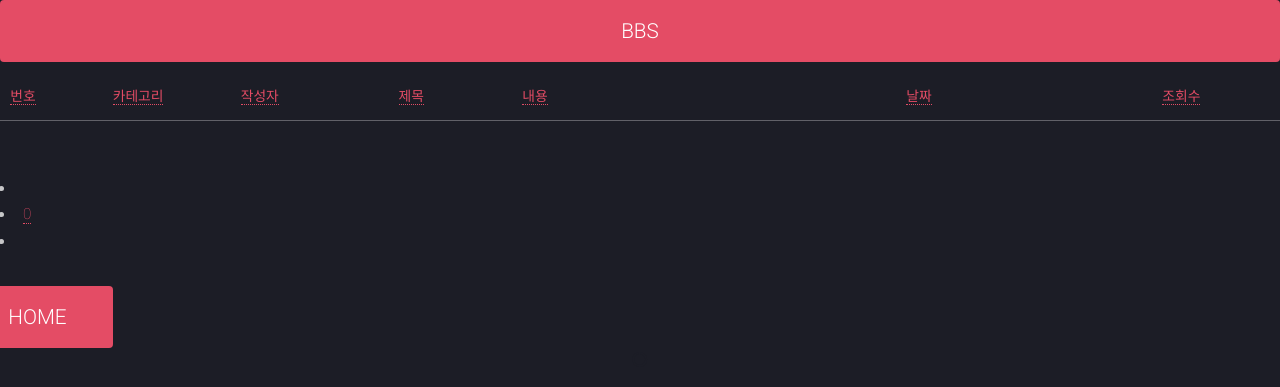
Repository: worMholEamkim/SpringEX
Page: http://localhost/bbs/bbs.do?page=0
An editor plug-in stored every save of this project. The page is shown before and after the next save, followed by the edit.
The browser window is 1280 px wide. The pictures show the whole page.
The page is served by Tomcat 9. Queries for data that is not in the repository find no rows.

Above is the page before, as saved 2019-03-15 04:08:23.

After the next save:
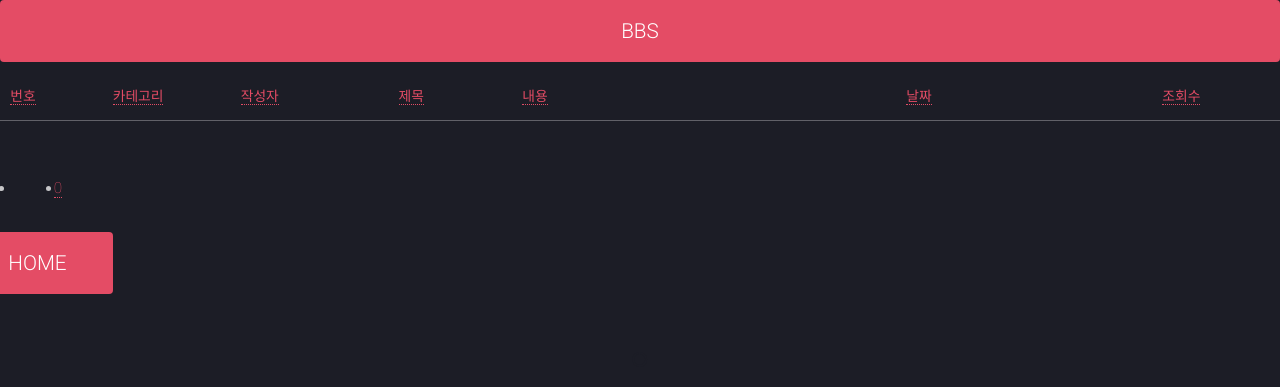
Saved 35 s later.
--- a/JSP_WepPage_Server-master.zip_expanded/JSP_WepPage_Server-master/bbs/WebContent/WEB-INF/bbs.jsp
+++ b/JSP_WepPage_Server-master.zip_expanded/JSP_WepPage_Server-master/bbs/WebContent/WEB-INF/bbs.jsp
@@ -67,7 +67,7 @@
 											</tr>
 										</tfoot>
 									</table>
-									<ul class="pager">
+									<ul class="row">
 										<li class="previous">
 											<c:if test='${startPage>1}'>
 												<!--  test 뒷부분에 조건을 단다  -->
